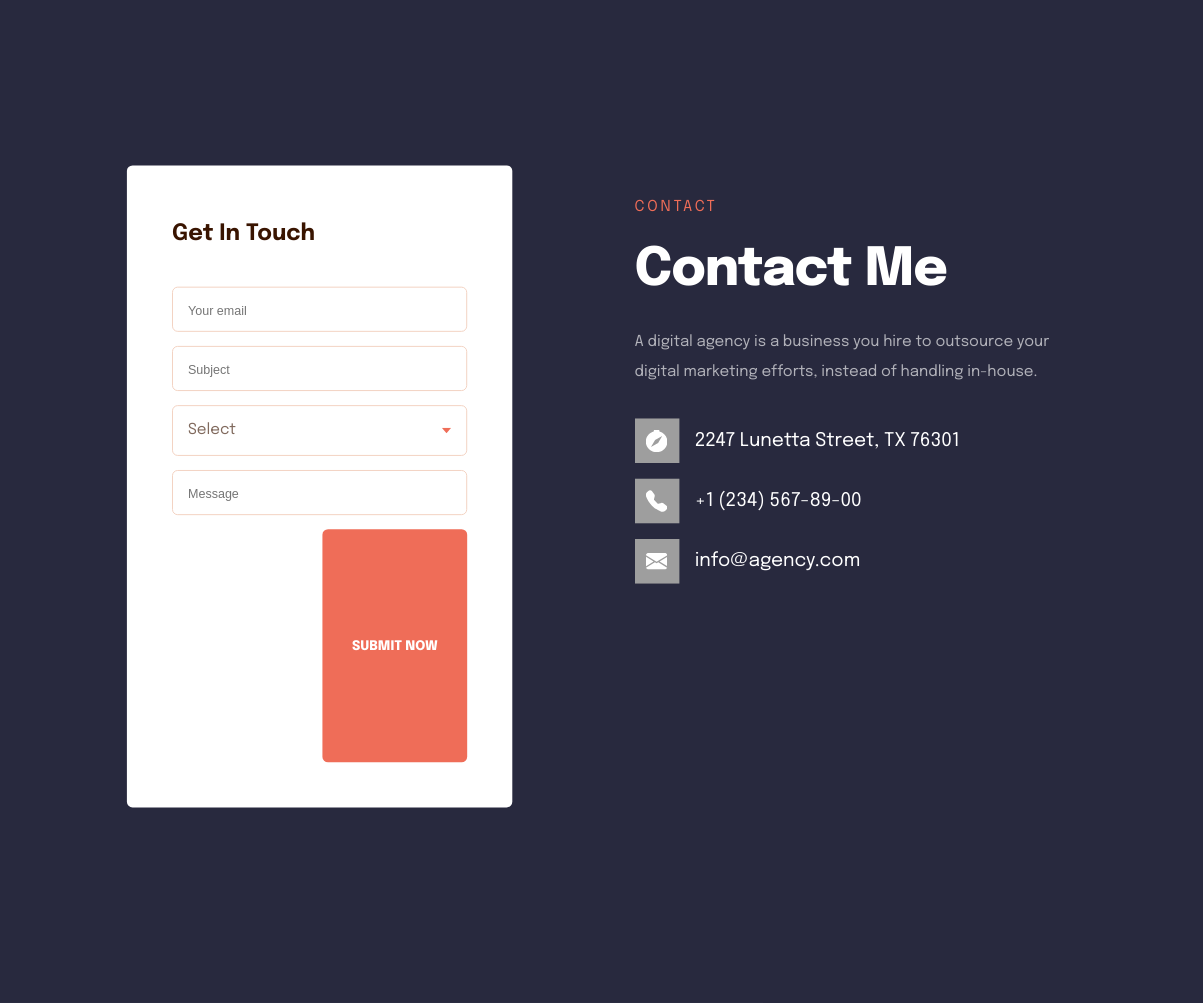
Repository: NatiqSamiyev/form-task-2
Page: index.html
An editor plug-in stored every save of this project. The page is shown before and after the next save, followed by the edit.
The browser window is 1280 px wide. The pictures show the whole page, at 94% of full size.
Pictures or frames that could not be fetched are drawn as grey boxes. Some web fonts or font styles are not loaded; a fallback is used.

Above is the page before, as saved 2023-10-30 11:24:14.

### index.html
<!DOCTYPE html>
<html lang="en">
  <head>
    <meta charset="UTF-8" />
    <meta name="viewport" content="width=device-width, initial-scale=1.0" />
    <title>Document</title>
    <link rel="stylesheet" href="index.css" />
  </head>
  <body>
    <div class="contact-container">
      <form action="">
        <h1>Get In Touch</h1>
        <label for="">
          <input type="email" placeholder="Your email" class="email-input" />
        </label>

        <label for="">
          <input type="text" placeholder="Subject" class="subject-input" />
        </label>
        <div class="select-option-box">
          <div class="select-box">
            <button type="button">Select</button>
            <svg
              xmlns="http://www.w3.org/2000/svg"
              width="10"
              height="6"
              viewBox="0 0 10 6"
              fill="none"
             >

              <path d="M5 6L10 0H0L5 6Z" fill="#EF6D58" />
            </svg>
          </div>
          <div class="option-box">
            <p>Option 1</p>
            <p>Option 2</p>
          </div>
        </div>

        <label for="">
          <input type="text-message" placeholder="Message" class="message-input"/>

        </label>



        <button class="submit-btn" type="submit">Submit Now</button>
      </form>

      <div class="info-box">
        <div class="text-box">
          <h2>Contact</h2>
          <h3>Contact Me</h3>
          <p>
            A digital agency is a business you hire to outsource your digital
            marketing efforts, instead of handling in-house.
          </p>
        </div>

        <ul>
          <li>
            <img class="image-1" src="./image/Oval.svg" alt="" />
            <img class="image-2" src="./image/Shape.svg" alt="" />
            <p>2247 Lunetta Street, TX 76301</p>
          </li>

          <li>
            <img class="image-1" src="./image/Oval.svg" alt="" />
            <img class="image-2" src="./image/Path.svg" alt="" />
            <p>+1 (234) 567-89-00</p>
          </li>

          <li>
            <img class="image-1" src="./image/Oval.svg" alt="" />
            <img class="image-2" src="./image/Shape (1).svg" alt="" />
            <p>info@agency.com</p>
          </li>
        </ul>

        <br>
        <div class="bottom-box">



        </div>

      </div>
    </div>
  </body>
  <script src="/index.js"></script>
</html>

### index.css
@import url("https://fonts.googleapis.com/css2?family=Epilogue:wght@400;600;700;800&family=Inter:wght@400;500;600;700&family=Laila:wght@700&family=Open+Sans:wght@400;600;700;800&family=Roboto+Slab:wght@700&family=Roboto:wght@400;700&display=swap");

* {
  margin: 0;
  padding: 0;
  box-sizing: border-box;
}

.contact-container {
  width: 100%;
  min-height: 100vh;
  padding: 176px 135px 208px 135px;
  background: #28293e;
  display: flex;
  justify-content: space-between;
}

form {
  width: 570px;
  padding: 57px 48px 48px 48px;
  border-radius: 6px;
  background: #fff;
  display: flex;
  flex-direction: column;
  gap: 15px;
}

form h1 {
  margin-bottom: 25px;
  color: var(--Text_Dark, #391400);
  font-feature-settings: "clig" off, "liga" off;
  font-family: Epilogue;
  font-size: 24px;
  font-style: normal;
  font-weight: 700;
  line-height: 32px;
}

label {
  width: 100%;
}

input {
  width: 100%;
  height: 48px;
  padding: 9px 15px 7px 16px;
  border-radius: 6px;
  border: 1px solid #f3d1bf;
  background: #fff;
}

.text-message {
  height: 128px;
  padding: 9px 16px 87px 16px;
  margin-bottom: 5px;
}

form .submit-btn {
  width: 154px;
  margin-left: auto;
  height: 248px;
  border-radius: 6px;
  background: #ef6d58;
  border: none;
  color: #fff;
  text-align: center;
  font-family: Epilogue;
  font-size: 14px;
  font-style: normal;
  font-weight: 900;
  line-height: normal;
  text-transform: uppercase;
}

.info-box {
  margin-left: 130px;
  padding: 28px 0 58px 0;
}

.text-box {
  width: 470px;
  margin-bottom: 33px;
}

h2 {
  margin-bottom: 20px;
  color: var(--Text_Light_Accent, #ef6d58);
  font-feature-settings: "clig" off, "liga" off;
  font-family: Epilogue;
  font-size: 16px;
  font-style: normal;
  font-weight: 400;
  line-height: 32px;
  letter-spacing: 3px;
  text-transform: uppercase;
}

h3 {
  margin-bottom: 28px;
  color: var(--Text_Light, #fff);
  font-feature-settings: "clig" off, "liga" off;
  font-family: Epilogue;
  font-size: 56px;
  font-style: normal;
  font-weight: 800;
  line-height: 64px;
  letter-spacing: -1px;
}

.text-box p {
  color: var(--Text_Light_Gray, rgba(255, 255, 255, 0.64));
  font-feature-settings: "clig" off, "liga" off;
  font-family: Epilogue;
  font-size: 16px;
  font-style: normal;
  font-weight: 400;
  line-height: 32px;
}

ul li {
  list-style-type: none;
  display: flex;
  align-items: center;
}

.image-1 {
  width: 48px;
  height: 48px;
  fill: #ef6d58;
  position: relative;
}

.image-2 {
  width: 23px;
  height: 24px;
  fill: #fff;
  position: absolute;
  margin-left: 12px;
  /* margin-bottom: 0px; */
}

ul li p {
  margin-left: 16px;
  color: var(--Text_Light, #fff);
  font-feature-settings: "clig" off, "liga" off;
  font-family: Epilogue;
  font-size: 20px;
  font-style: normal;
  font-weight: 400;
  line-height: 32px;
}

ul li:nth-child(2) {
  margin-top: 16px;
}

ul li:last-child {
  margin-top: 16px;
}

.select-box {
  border-radius: 6px;
  border: 1px solid #f3d1bf;
  background: #fff;
  position: relative;
}
.select-box button {
  width: 100%;
  height: 100%;
  padding: 10px 16px;
  background: none;
  border: none;
  color: var(--Text_Dark_Gray, rgba(57, 20, 0, 0.64));
  font-feature-settings: "clig" off, "liga" off;

  /* Text */
  font-family: Epilogue;
  font-size: 16px;
  font-style: normal;
  font-weight: 400;
  line-height: 32px; /* 200% */
  text-align: start;
}
.select-box svg {
  position: absolute;
  right: 16px;
  top: 50%;
  transform: translateY(-50%);
}
.option-box {
  border: 1px solid gray;
  border-radius: 5px;
  padding: 10px;
  margin-top: 5px;
  display: none;
}
.active {
  display: block;
}
.rotate {
  transform: rotate(180deg) translateY(-50%);
}

### index.js
let btn = document.querySelector(".submit-btn");
let form = document.querySelector("form");
let emailInput = document.querySelector(".email-input");
let subjectInput = document.querySelector(".subject-input");
let messageInput = document.querySelector(".message-input");
let selectBtn= document.querySelector('.select-box button')
let optionBox =document.querySelector('.option-box')
let selectSvg= document.querySelector('.select-box svg')
let bottomBox=document.querySelector('.bottom-box')



// btn.addEventListener("click", submitForm);
form.addEventListener("submit", submitForm);

function submitForm(a) {
  a.preventDefault();
   let p=document.createElement('p')
    p.innerText=subjectInput
    bottomBox.append(p)

}

// select action
selectBtn.addEventListener('click',showOption)
function showOption() {
  // optionBox.style.display= 'block'
  optionBox.classList.toggle('active')
  selectSvg.classList.toggle("rotate")
}

After the next save:
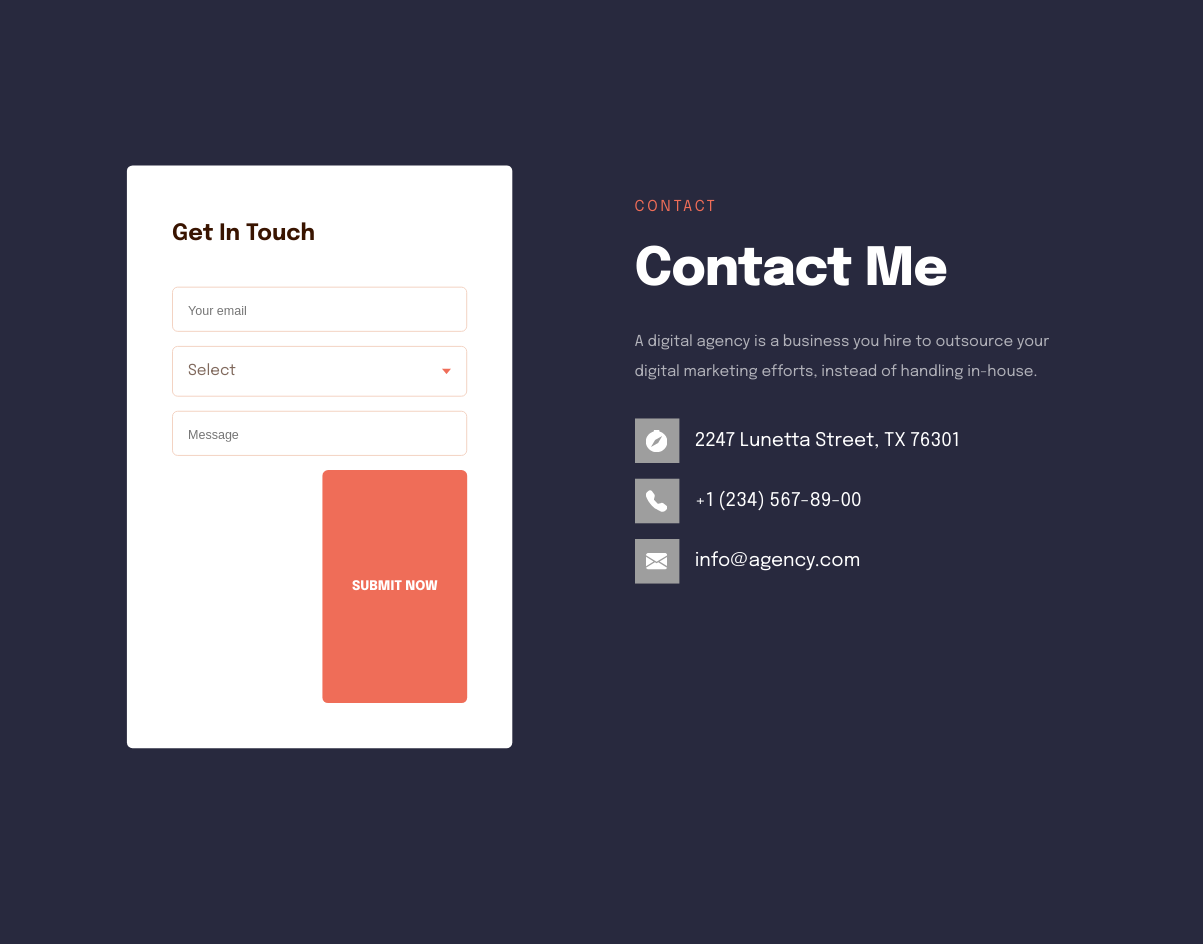
Saved 60 s later.
--- a/index.html
+++ b/index.html
@@ -14,9 +14,6 @@
           <input type="email" placeholder="Your email" class="email-input" />
         </label>
 
-        <label for="">
-          <input type="text" placeholder="Subject" class="subject-input" />
-        </label>
         <div class="select-option-box">
           <div class="select-box">
             <button type="button">Select</button>
